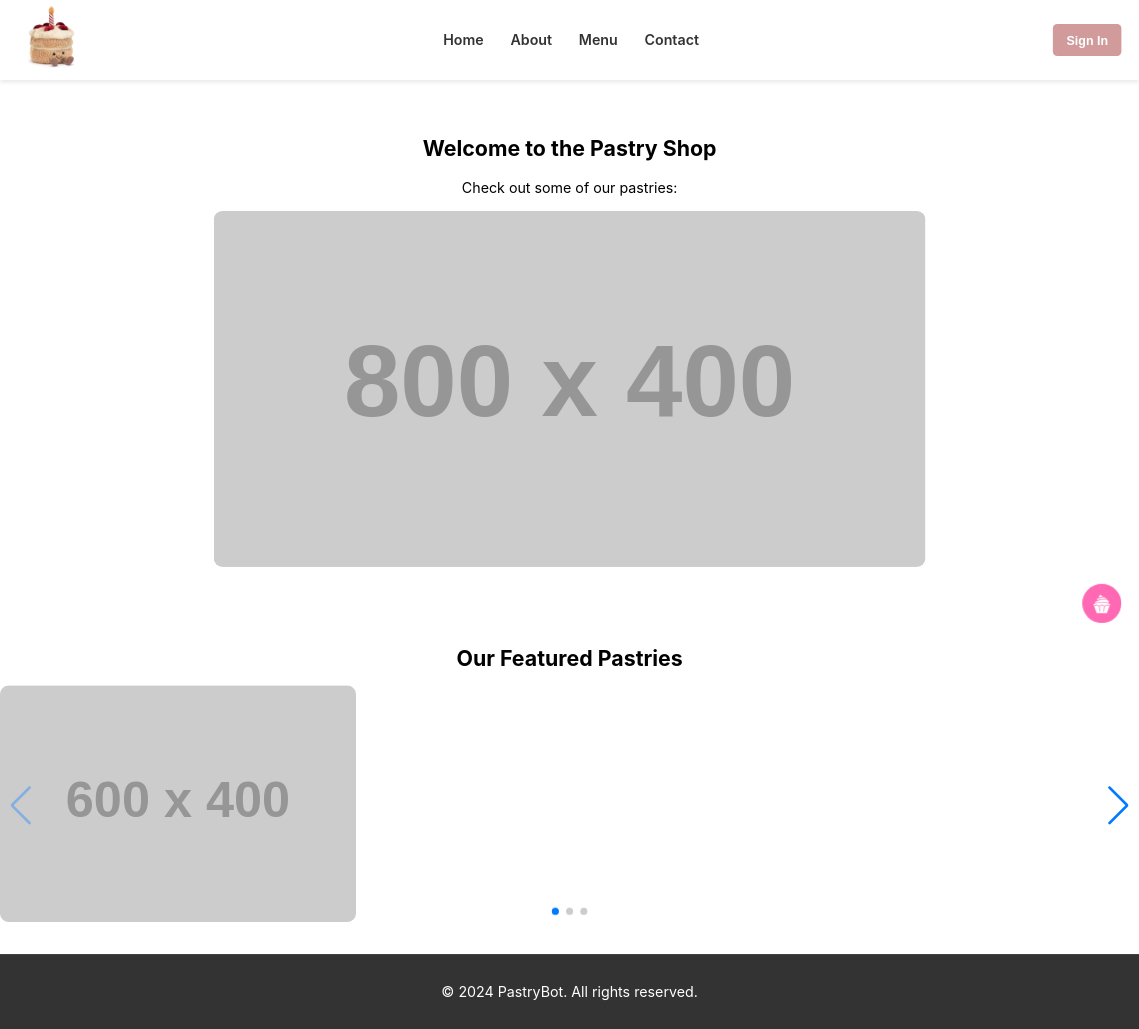
Repository: agrnerd17/Website-Chatbot
Page: / (app in pastry-chatbot/)
The author's editor kept a copy of each file at every save. The page is drawn from the files as they stood at one save, then again after the next save.
The browser window is 1280 px wide. The pictures show the whole page, at 89% of full size.
The project was rebuilt for these pictures with package versions that can differ from the ones it lists, and the page was loaded fresh each time. Also part of the build but not shown: pastry-chatbot/src/components/Chatbot.js.

Above is the page before, as saved 2024-12-09 15:41:54.

### pastry-chatbot/src/App.js
import React, { useState } from "react";
import Chatbot from "./components/Chatbot";
import Navbar from "./components/Navbar";
import "./styles/Navbar.css";
import PastryBot from "./components/PastryBot";
import Homepage from "./components/Homepage";

function App() {
  const [isChatbotOpen, setIsChatbotOpen] = useState(false); // State to control chatbot visibility

  const toggleChatbot = () => {
    setIsChatbotOpen(!isChatbotOpen); // Toggle the chatbot visibility
  };

  return (
    <div className="App">
      {/* Navbar */}
      <Navbar />

      {/* Homepage as main content */}
      <main style={{ marginTop: "100px" }}>
        <Homepage />
      </main>

      {/* Conditionally render the Chatbot */}
      {isChatbotOpen && <Chatbot />}

      {/* Pastrybot UI */}
      <div
        style={{
          position: "fixed",
          bottom: "20px",
          right: "20px",
          zIndex: 1000,
        }}
      >
        <PastryBot />
      </div>
    </div>
  );
}

export default App;

### pastry-chatbot/src/components/Navbar.js
import React from "react";
import "../styles/Navbar.css"; // Make sure this path is correct
import logo from "../assets/pastry_bot_icon.jpg";

const Navbar = () => {
  return (
    <nav className="navbar">
      {/* Logo */}
      <div className="navbar-logo">
        <img src={logo} alt="Pastry Logo" />
      </div>

      {/* Menu */}
      <ul className="navbar-menu">
        <li>Home</li>
        <li>About</li>
        <li>Menu</li>
        <li>Contact</li>
      </ul>

      {/* Right Action (e.g., Sign In or Cart) */}
      <div className="navbar-right">
        <button className="navbar-button">Sign In</button>
        {/* Optional cart icon */}
        {/* <i className="fas fa-shopping-cart"></i> */}
      </div>
    </nav>
  );
};

export default Navbar;

### pastry-chatbot/src/styles/Navbar.css
.navbar {
    height: 90px;
    display: flex;
    justify-content: space-between;
    align-items: center;
    padding: 0px 20px;
    background-color: #ffffff;
    box-shadow: 0 2px 5px rgba(0, 0, 0, 0.1);
    position: fixed;
    width: 100%;
    top: 0;
    z-index: 1000;
    box-sizing: border-box;
    overflow: hidden;
  }

  /* Logo styling */
  .navbar-logo img {
    height: 80px;
    width: auto;
  }

  /* Menu styling */
  .navbar-menu {
    display: flex;
    gap: 30px;
    list-style: none;
    margin: 0;
    padding: 0;
  }

  .navbar-menu li {
    font-size: 16px;
    font-weight: 600;
    color: #333333;
    cursor: pointer;
    transition: color 0.3s;
  }

  .navbar-menu li:hover {
    color: #d19a9b; /* Light pink color */
  }

  /* Right action (e.g., button or icon) */
  .navbar-right {
    display: flex;
    align-items: center;
    gap: 20px;
  }

  .navbar-button {
    background-color: #d19a9b; /* Light pink color */
    color: #ffffff;
    border: none;
    padding: 10px 15px;
    border-radius: 5px;
    font-size: 14px;
    font-weight: 600;
    cursor: pointer;
    transition: background-color 0.3s;
    white-space: nowrap; /* Prevent text wrap */
  }

  .navbar-button:hover {
    background-color: #c08888; /* Slightly darker pink */
  }

  /* Media query for responsiveness */
  @media (max-width: 768px) {
    .navbar-menu {
      display: none; /* Hide menu on smaller screens */
    }

    .navbar-right {
      gap: 10px;
    }

    .navbar {
      padding: 10px 15px; /* Reduce padding on smaller screens */
    }
  }

  @media (max-width: 480px) {
    .navbar-button {
      font-size: 12px;
      padding: 8px 10px; /* Smaller button for small screens */
    }

    .navbar-logo img {
      height: 100px; /* Resize logo */
      width: auto;
      max-height: 150px;
    }
  }

### pastry-chatbot/src/components/PastryBot.js
import React, { useState, useEffect, useRef } from "react";
import {
  Box,
  Paper,
  TextField,
  IconButton,
  Typography,
  Avatar,
  Stack,
  Container
} from "@mui/material";
import { styled } from "@mui/system";
import { FiSend } from "react-icons/fi";
import { GiCupcake } from "react-icons/gi";
import { getChatbotResponse } from "../api/cohereAPI"; // Adjust the import if needed

// Styled components for layout
const ChatContainer = styled(Paper)(({ theme }) => ({
  position: "fixed",
  bottom: "20px", // Position it at the bottom right corner
  right: "20px", // Right corner of the screen
  width: "350px", // Adjust width for better fit
  maxWidth: "400px",
  height: "450px", // Adjust height if needed
  borderRadius: "16px",
  display: "flex",
  flexDirection: "column",
  boxShadow: "0 4px 20px rgba(0, 0, 0, 0.1)",
  backgroundColor: "#fff",
  zIndex: 999, // Ensure it floats on top of other content
}));

const MessageContainer = styled(Box)({
  flex: 1,
  overflowY: "auto",
  padding: "16px",
  display: "flex",
  flexDirection: "column",
  gap: "12px",
  maxHeight: "350px", // Ensure the chat area doesn't overflow
});

const InputContainer = styled(Box)({
  padding: "16px",
  borderTop: "1px solid rgba(0, 0, 0, 0.1)",
  display: "flex",
  gap: "8px",
  backgroundColor: "#fff",
  alignItems: "center",
});

const Header = styled(Box)({
  padding: "16px",
  backgroundColor: "#FF69B4", // Adjusted for a more vibrant look
  color: "white",
  display: "flex",
  alignItems: "center",
  gap: "12px",
});

const PastryBot = () => {
  const [messages, setMessages] = useState([]);
  const [input, setInput] = useState("");
  const [chatOpen, setChatOpen] = useState(false); // New state to toggle chat window visibility
  const messagesEndRef = useRef(null);

  const scrollToBottom = () => {
    messagesEndRef.current?.scrollIntoView({ behavior: "smooth" });
  };

  useEffect(() => {
    scrollToBottom();
  }, [messages]);

  const handleSend = async (e) => {
    e.preventDefault();
    if (!input.trim()) return;

    const newMessage = {
      text: input,
      sender: "user",
      time: new Date().toLocaleTimeString([], { hour: "2-digit", minute: "2-digit" })
    };

    setMessages((prev) => [...prev, newMessage]);
    setInput("");

    try {
      const response = await getChatbotResponse(input); // Call Cohere API to get the bot's response
      const botMessage = {
        text: response,
        sender: "bot",
        time: new Date().toLocaleTimeString([], { hour: "2-digit", minute: "2-digit" }),
      };
      setMessages((prev) => [...prev, botMessage]);
    } catch (error) {
      console.error("Error with Cohere API:", error);
    }
  };

  const toggleChat = () => {
    setChatOpen((prev) => !prev); // Toggle the chat window visibility
  };

  return (
    <Container sx={{ display: "flex", justifyContent: "center", p: 3 }}>
      {chatOpen ? (
        <ChatContainer>
          <Header>
            <Avatar sx={{ backgroundColor: "#FF1493" }}>
              <GiCupcake size={24} />
            </Avatar>
            <Typography variant="h6">Pastry Bot</Typography>
            <IconButton
              onClick={toggleChat} // Close the chat when clicked
              sx={{ ml: "auto", color: "white" }}
            >
              X
            </IconButton>
          </Header>

          <MessageContainer>
            {messages.map((message, index) => (
              <Stack
                key={index}
                direction="row"
                justifyContent={message.sender === "user" ? "flex-end" : "flex-start"}
                alignItems="center"
                spacing={1}
              >
                {message.sender === "bot" && (
                  <Avatar sx={{ bgcolor: "#FF69B4", width: 32, height: 32 }}>
                    <GiCupcake size={16} />
                  </Avatar>
                )}
                <Box>
                  <Typography
                    variant="body1"
                    sx={{
                      maxWidth: "280px",
                      padding: "8px 12px",
                      borderRadius: "16px",
                      backgroundColor: message.sender === "user" ? "#FF69B4" : "#f0f0f0",
                      color: message.sender === "user" ? "white" : "black",
                    }}
                  >
                    {message.text}
                  </Typography>
                  <Typography variant="caption" color="textSecondary" sx={{ pl: 1 }}>
                    {message.time}
                  </Typography>
                </Box>
              </Stack>
            ))}
            <div ref={messagesEndRef} />
          </MessageContainer>

          <InputContainer>
            <TextField
              fullWidth
              variant="outlined"
              placeholder="Type your message..."
              value={input}
              onChange={(e) => setInput(e.target.value)}
              onKeyPress={(e) => e.key === "Enter" && handleSend(e)}
              size="small"
            />
            <IconButton
              onClick={handleSend}
              color="primary"
              sx={{ backgroundColor: "#FF69B4", "&:hover": { backgroundColor: "#FF1493" } }}
            >
              <FiSend style={{ color: "white" }} />
            </IconButton>
          </InputContainer>
        </ChatContainer>
      ) : (
        <IconButton
          onClick={toggleChat} // Open the chat when clicked
          sx={{
            position: "fixed",
            bottom: "20px",
            right: "20px",
            backgroundColor: "#FF69B4",
            color: "white",
            borderRadius: "50%",
            padding: "10px",
            zIndex: 9999,
          }}
        >
          <GiCupcake size={24} />
        </IconButton>
      )}
    </Container>
  );
};

export default PastryBot;

### pastry-chatbot/src/components/Homepage.js
import React from 'react';
import { Swiper, SwiperSlide } from 'swiper/react';
import { Navigation, Pagination } from 'swiper/modules';
import 'swiper/css';
import 'swiper/css/navigation';
import 'swiper/css/pagination';


const Homepage = () => {
  return (
    <div>
      {/* Hero Section */}
      <section style={{ textAlign: 'center', padding: '2rem 0', backgroundColor: '#0000' }}>
        <h1>Welcome to the Pastry Shop</h1>
        <p>Check out some of our pastries:</p>
        <img
          src="https://via.placeholder.com/800x400"
          alt="Delicious Pastries"
          style={{ width: '100%', maxWidth: '800px', borderRadius: '10px' }}
        />
      </section>

      {/* Swiper Carousel Section */}
      <section style={{ padding: '2rem 0', backgroundColor: '#fff' }}>
        <h2 style={{ textAlign: 'center', marginBottom: '1rem' }}>Our Featured Pastries</h2>
        <Swiper
          spaceBetween={30}
          slidesPerView={1}
          pagination={{ clickable: true }}
          navigation
          modules={[Pagination, Navigation]} // Use modules
        >
          <SwiperSlide>
            <img
              src="https://via.placeholder.com/600x400"
              alt="Pastry 1"
              style={{ width: '100%', maxWidth: '400px', height: 'auto', margin: '0 auto', borderRadius: '10px' }}
            />
          </SwiperSlide>
          <SwiperSlide>
            <img
              src="https://via.placeholder.com/600x400"
              alt="Pastry 2"
              style={{ width: '100%', maxWidth: '400px', height: 'auto', margin: '0 auto', borderRadius: '10px' }}
            />
          </SwiperSlide>
          <SwiperSlide>
            <img
              src="https://via.placeholder.com/600x400"
              alt="Pastry 3"
              style={{ width: '100%', maxWidth: '400px', height: 'auto', margin: '0 auto', borderRadius: '10px' }}
            />
          </SwiperSlide>
        </Swiper>
      </section>

      {/* Footer */}
      <footer style={{ backgroundColor: '#333', color: '#fff', padding: '1rem 0', textAlign: 'center' }}>
        <p>&copy; 2024 PastryBot. All rights reserved.</p>
      </footer>
    </div>
  );
};

export default Homepage;

### pastry-chatbot/src/api/cohereAPI.js
import axios from "axios";

const COHERE_API_KEY = process.env.REACT_APP_COHERE_API_KEY; // Load API key from .env file

/**
 * Fetch chatbot response from Cohere's API
 * @param {string} prompt - User's input message
 * @returns {Promise<string>} - Chatbot's response
 */
export async function getChatbotResponse(prompt) {
  try {
    const response = await axios.post(
      "https://api.cohere.ai/v1/generate",
      {
        model: "command-xlarge-nightly",
        prompt: prompt,
        max_tokens: 100,
        temperature: 0.7,
      },
      {
        headers: {
          Authorization: `Bearer ${COHERE_API_KEY}`,
          "Content-Type": "application/json",
        },
      }
    );
    return response.data.generations[0].text.trim();
  } catch (error) {
    console.error("Error with Cohere API:", error.message);
    return "Oops! Something went wrong. Please try again.";
  }
}

Loaded but not shown: pastry-chatbot/public/index.html (common file); pastry-chatbot/src/index.js (common file); pastry-chatbot/src/index.css (common file); pastry-chatbot/src/reportWebVitals.js (common file)

After the next save:
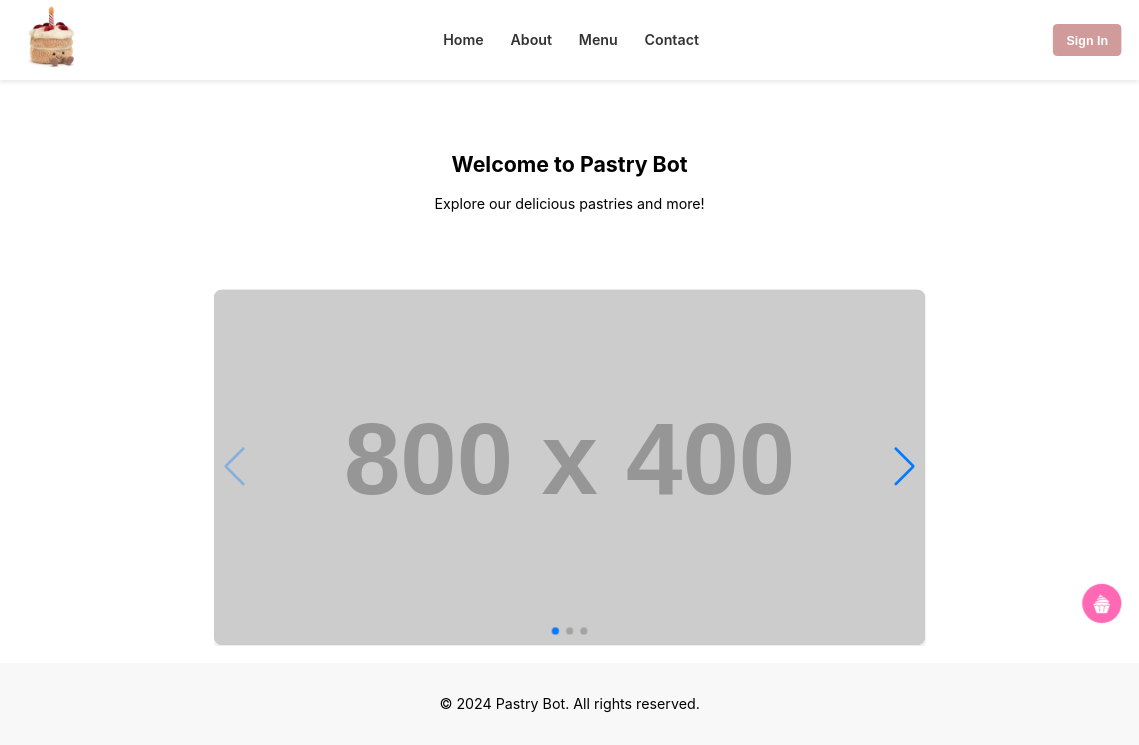
Saved 8 min 2 s later.
--- a/pastry-chatbot/src/components/Homepage.js
+++ b/pastry-chatbot/src/components/Homepage.js
@@ -5,58 +5,74 @@ import 'swiper/css';
 import 'swiper/css/navigation';
 import 'swiper/css/pagination';
 
+const Homepage = () => {
+  const carouselStyle = {
+    width: '100%',
+    maxWidth: '800px',
+    margin: '0 auto',
+    padding: '20px 0',
+  };
 
-const Homepage = () => {
+  const slideContainerStyle = {
+    display: 'flex',
+    justifyContent: 'center',
+    alignItems: 'center',
+    width: '100%',
+  };
+
+  const imageStyle = {
+    maxWidth: '100%',
+    maxHeight: '400px',
+    objectFit: 'contain',
+    borderRadius: '10px',
+    boxShadow: '0 4px 6px rgba(0, 0, 0, 0.1)',
+  };
+
   return (
     <div>
       {/* Hero Section */}
-      <section style={{ textAlign: 'center', padding: '2rem 0', backgroundColor: '#0000' }}>
-        <h1>Welcome to the Pastry Shop</h1>
-        <p>Check out some of our pastries:</p>
-        <img
-          src="https://via.placeholder.com/800x400"
-          alt="Delicious Pastries"
-          style={{ width: '100%', maxWidth: '800px', borderRadius: '10px' }}
-        />
+      <section style={{ textAlign: 'center', padding: '50px 20px' }}>
+        <h1>Welcome to Pastry Bot</h1>
+        <p>Explore our delicious pastries and more!</p>
       </section>
 
-      {/* Swiper Carousel Section */}
-      <section style={{ padding: '2rem 0', backgroundColor: '#fff' }}>
-        <h2 style={{ textAlign: 'center', marginBottom: '1rem' }}>Our Featured Pastries</h2>
+      {/* Image Carousel */}
+      <section style={carouselStyle}>
         <Swiper
-          spaceBetween={30}
+          modules={[Navigation, Pagination]}
+          navigation
+          pagination={{ clickable: true }}
+          spaceBetween={20}
           slidesPerView={1}
-          pagination={{ clickable: true }}
-          navigation
-          modules={[Pagination, Navigation]} // Use modules
         >
-          <SwiperSlide>
+          {/* Placeholder Images */}
+          <SwiperSlide style={slideContainerStyle}>
             <img
-              src="https://via.placeholder.com/600x400"
+              src="https://via.placeholder.com/800x400.png?text=Pastry+1"
               alt="Pastry 1"
-              style={{ width: '100%', maxWidth: '400px', height: 'auto', margin: '0 auto', borderRadius: '10px' }}
+              style={imageStyle}
             />
           </SwiperSlide>
-          <SwiperSlide>
+          <SwiperSlide style={slideContainerStyle}>
             <img
-              src="https://via.placeholder.com/600x400"
+              src="https://via.placeholder.com/800x400.png?text=Pastry+2"
               alt="Pastry 2"
-              style={{ width: '100%', maxWidth: '400px', height: 'auto', margin: '0 auto', borderRadius: '10px' }}
+              style={imageStyle}
             />
           </SwiperSlide>
-          <SwiperSlide>
+          <SwiperSlide style={slideContainerStyle}>
             <img
-              src="https://via.placeholder.com/600x400"
+              src="https://via.placeholder.com/800x400.png?text=Pastry+3"
               alt="Pastry 3"
-              style={{ width: '100%', maxWidth: '400px', height: 'auto', margin: '0 auto', borderRadius: '10px' }}
+              style={imageStyle}
             />
           </SwiperSlide>
         </Swiper>
       </section>
 
       {/* Footer */}
-      <footer style={{ backgroundColor: '#333', color: '#fff', padding: '1rem 0', textAlign: 'center' }}>
-        <p>&copy; 2024 PastryBot. All rights reserved.</p>
+      <footer style={{ textAlign: 'center', padding: '20px 0', background: '#f8f8f8' }}>
+        <p>© 2024 Pastry Bot. All rights reserved.</p>
       </footer>
     </div>
   );
